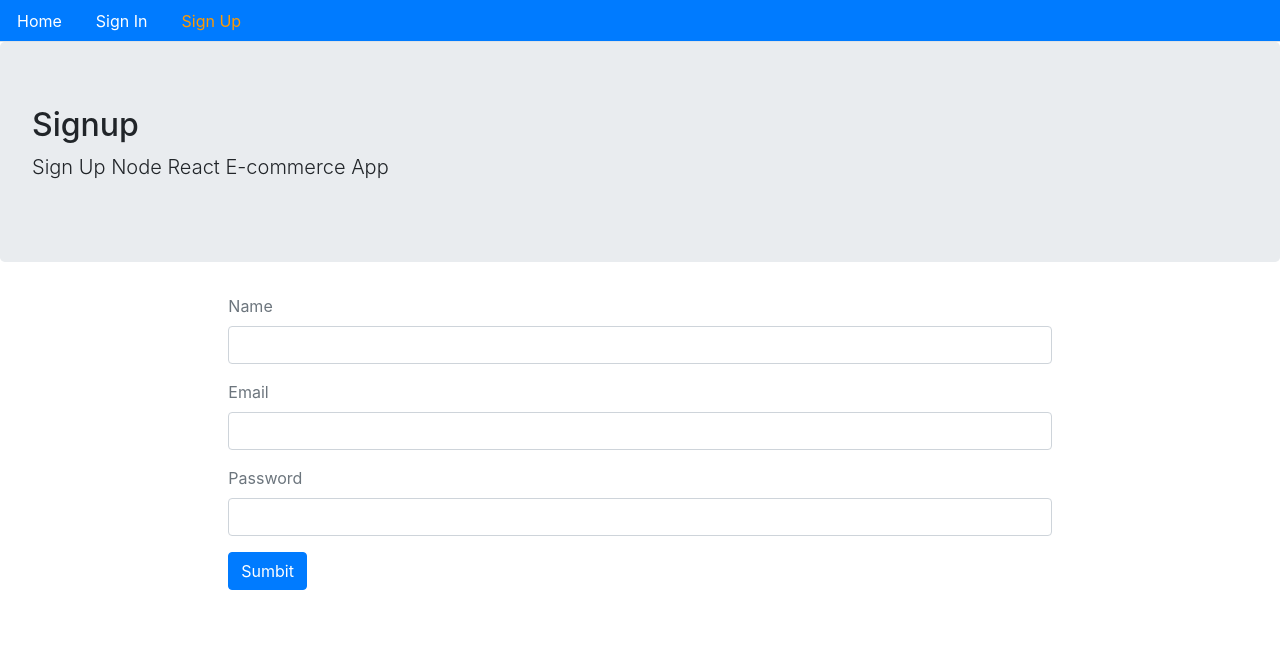
Repository: pragnyatata/Ecommerce
Page: /signup (app in ecommerce-front/)
These files come from the project's save history. The page is drawn as it stood at one moment and after the next save; the edit follows.
The browser window is 1280 px wide. The pictures show the whole page.
The project was rebuilt for these pictures with package versions that can differ from the ones it lists, and the page was loaded fresh each time. Also part of the build but not shown: ecommerce-front/src/App.js, ecommerce-front/src/user/Signin.js, ecommerce-front/src/core/Home.js.

Above is the page before, as saved 2020-01-18 21:40:11.

### ecommerce-front/public/index.html
<!DOCTYPE html>
<html lang="en">
  <head>
    <meta charset="utf-8" />
    <link rel="icon" href="%PUBLIC_URL%/favicon.ico" />
    <meta name="viewport" content="width=device-width, initial-scale=1" />
    <meta name="theme-color" content="#000000" />
    <meta
      name="description"
      content="Web site created using create-react-app"
    />
    <link rel="apple-touch-icon" href="%PUBLIC_URL%/logo192.png" />
    <link rel="manifest" href="%PUBLIC_URL%/manifest.json" />
    <link
      rel="stylesheet"
      href="https://maxcdn.bootstrapcdn.com/bootstrap/4.0.0/css/bootstrap.min.css"
      integrity="sha384-Gn5384xqQ1aoWXA+058RXPxPg6fy4IWvTNh0E263XmFcJlSAwiGgFAW/dAiS6JXm"
      crossorigin="anonymous"
    />

    <title>React App</title>
  </head>
  <body>
    <noscript>You need to enable JavaScript to run this app.</noscript>
    <div id="root"></div>
  </body>
</html>

### ecommerce-front/src/index.js
import React from "react";
import ReactDOM from "react-dom";
import App from "./App";
import Routes from "./Routes";
ReactDOM.render(<Routes />, document.getElementById("root"));

### ecommerce-front/src/Routes.js
import React, { Component } from "react";
import { BrowserRouter, Switch, Route } from "react-router-dom";
import Signup from "./user/Signup";
import Signin from "./user/Signin";
import Home from "./core/Home";
const Routes = () => {
  return (
    <BrowserRouter>
      <Switch>
        <Route path="/" exact component={Home} />
        <Route path="/signin" exact component={Signin} />
        <Route path="/signup" exact component={Signup} />
      </Switch>
    </BrowserRouter>
  );
};
export default Routes;

### ecommerce-front/src/user/Signup.js
import React, { Component, useState } from "react";
import Layout from "../core/Layout";
const Signup = () => {
  const [values, setValues] = useState({
    name: "",
    email: "",
    password: "",
    error: "",
    success: false
  });

  const handleChange = name => event => {
    setValues({ ...values, error: false, [name]: event.target.value });
  };
  const signUpForm = () => (
    <form>
      <div className="form-group">
        <label className="text-muted"> Name</label>
        <input
          onchange={handleChange("name")}
          type="text"
          className="form-control"
        ></input>
      </div>
      <div className="form-group">
        <label className="text-muted"> Email</label>
        <input
          onchange={handleChange("email")}
          type="email"
          className="form-control"
        ></input>
      </div>
      <div className="form-group">
        <label className="text-muted"> Password</label>
        <input
          onchange={handleChange("password")}
          type="password"
          className="form-control"
        ></input>
      </div>
      <button className="btn btn-primary">Sumbit</button>
    </form>
  );

  return (
    <Layout
      title="Signup"
      description=" Sign Up Node React E-commerce App"
      className="container col-md-8 offset-md-2"
    >
      {signUpForm()}
    </Layout>
  );
};
export default Signup;

### ecommerce-front/src/core/Layout.js
import React from "react";
import Menu from "./Menu";
const Layout = ({
  title = "Title",
  description = "Description",
  className,
  children
}) => (
  <div>
    <Menu />
    <div className="jumbotron">
      <h2>{title}</h2>
      <p className="lead">{description}</p>
    </div>
    <div className={className}>{children}</div>
  </div>
);
export default Layout;

### ecommerce-front/src/core/Menu.js
import React from "react";
import { Link, withRouter } from "react-router-dom";
const isActive = (history, path) => {
  if (history.location.pathname === path) return { color: "#ff9900" };
  return { color: "#ffffff" };
};

const Menu = ({ history }) => (
  <div>
    <ul className="nav nav-tabs bg-primary">
      <li className="nav-item">
        <Link className="nav-link" style={isActive(history, "/")} to="/">
          Home
        </Link>
      </li>
      <li className="nav-item">
        <Link
          className="nav-link"
          style={isActive(history, "/signin")}
          to="/signin"
        >
          Sign In{" "}
        </Link>
      </li>
      <li className="nav-item">
        <Link
          className="nav-link"
          style={isActive(history, "/signup")}
          to="/signup"
        >
          Sign Up
        </Link>
      </li>
    </ul>
  </div>
);
export default withRouter(Menu);

After the next save:
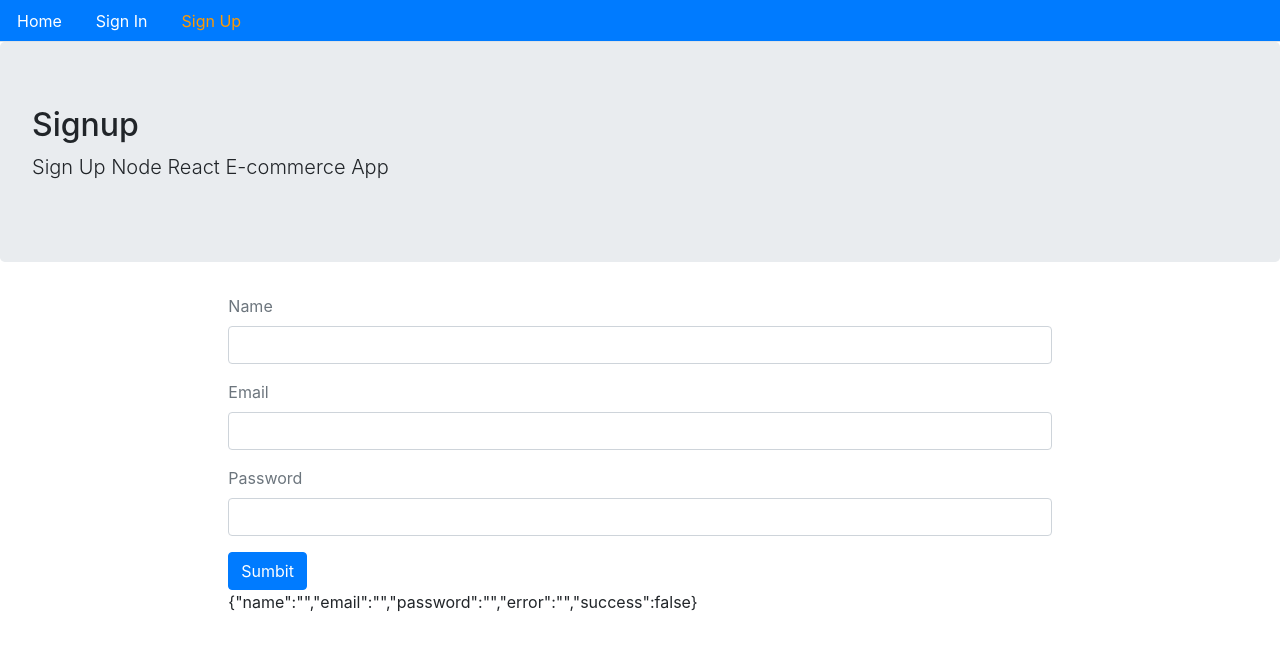
Saved 45 s later.
--- a/ecommerce-front/src/user/Signup.js
+++ b/ecommerce-front/src/user/Signup.js
@@ -49,6 +49,7 @@ const Signup = () => {
       className="container col-md-8 offset-md-2"
     >
       {signUpForm()}
+      {JSON.stringify(values)}
     </Layout>
   );
 };
